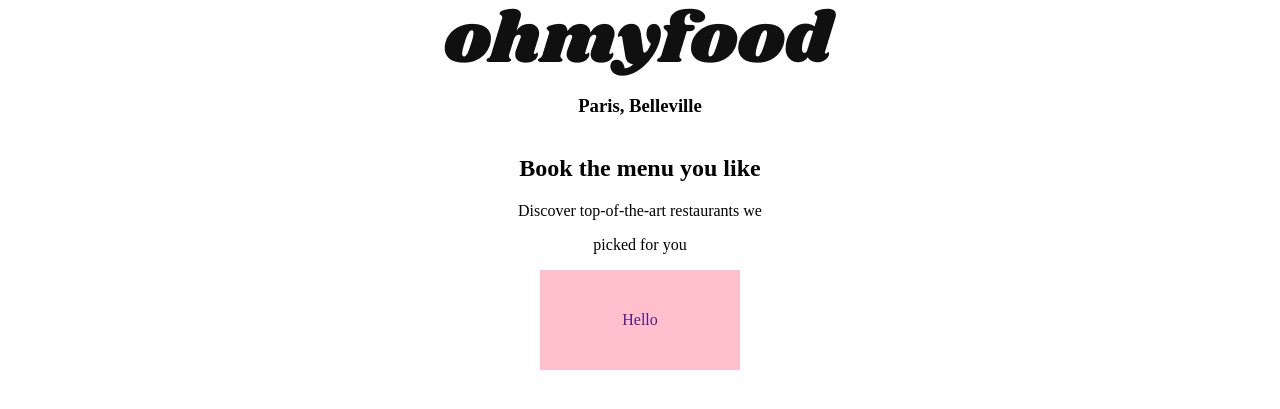
Repository: ailahin/ohmyfood
Page: Index.html
The author's editor kept a copy of each file at every save. The page is drawn from the files as they stood at one save, then again after the next save.
The browser window is 1280 px wide. The pictures show the whole page.

Above is the page before, as saved 2023-08-11 00:59:09.

### Index.html
<!DOCTYPE html>
<html lang="en">
<head>
    <meta charset="UTF-8">
    <meta name="viewport" content="width=device-width, initial-scale=1.0">
    <title>ohmyfood</title>
    <link rel="stylesheet" href="index.css">
</head>
<body>
    <header>
        <div class="header-img">
            <img src="/images/logo/ohmyfood.png" alt="">
        </div>

        <div class="header-title">
            <h3> Paris, Belleville</h3>
        </div>

    </header>
    <nav>


        <div>
            <h1 class="nav-title"> Book the menu you like</h1>
        <p class="span-text"> Discover top-of-the-art restaurants we</p>
        <p class="span-text">picked for you</p>
        <a href="" type="button" class="nav-btn"> Hello</a>

        </div>

    </nav>

    <section>

    </section>
    <footer>

    </footer>
</body>
</html>

### index.css

.header-img{
    display: flex;
    align-items: center;
    justify-content:center;

}
.header-title{
    display: flex;
    align-items: center;
    justify-content:center;

}
.nav{
        align-items: center;
        justify-content: center;
        display: flex;


}

    .nav-title{
        align-items: center;
        justify-content: center;
        display: flex;

    }

    .span-text{
        align-items: center;
        justify-content: center;
        display: flex;
    }

    .nav-btn {
        display: flex;
        align-items: center; /* Add this to center vertically */
        justify-content: center;
        background-color: pink;
        width: 200px;
        height: 100px; /* Adjust the height as needed */
        margin: 0 auto;/* This centers the element horizontally */
        text-decoration: none;
    }

After the next save:
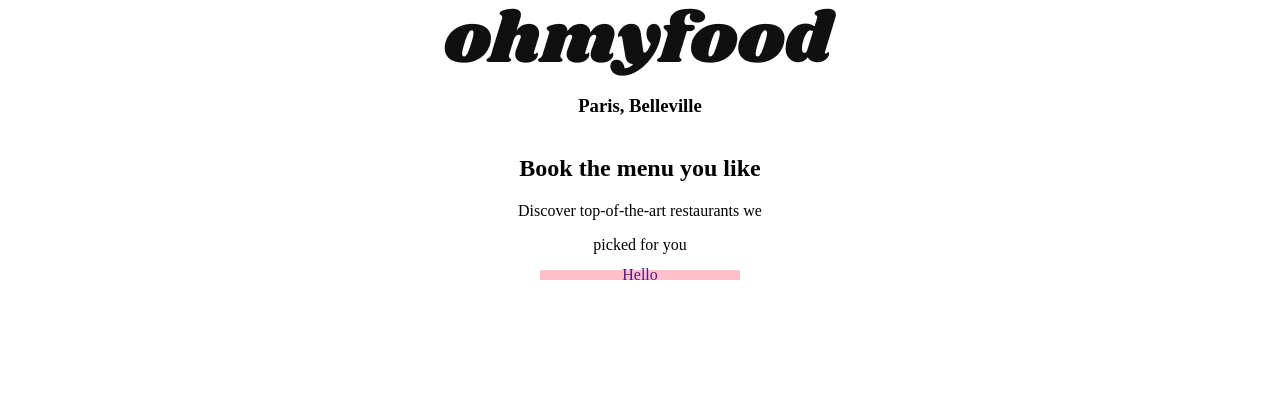
Saved 35 s later.
--- a/index.css
+++ b/index.css
@@ -34,11 +34,11 @@
 
     .nav-btn {
         display: flex;
-        align-items: center; /* Add this to center vertically */
+        align-items: center;
         justify-content: center;
         background-color: pink;
         width: 200px;
-        height: 100px; /* Adjust the height as needed */
-        margin: 0 auto;/* This centers the element horizontally */
+        height: 10px;
+        margin: 0 auto;
         text-decoration: none;
     }
